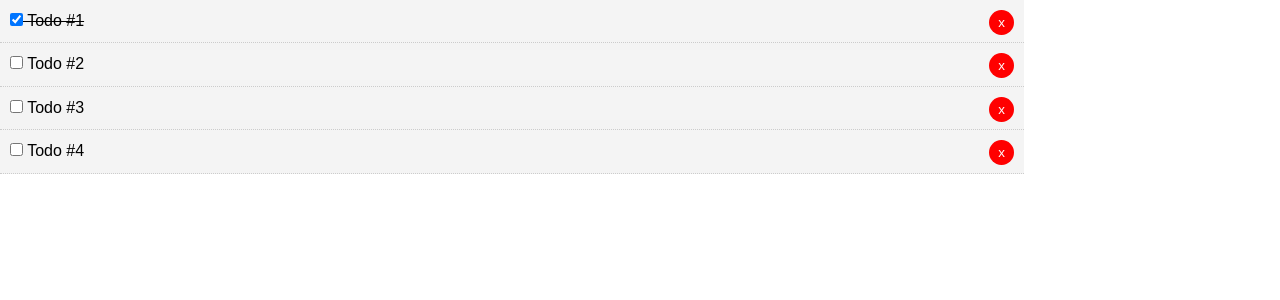
Repository: n0rthern-light/vuejs-taskmanager
Page: /
An editor plug-in stored every save of this project. The page is shown before and after the next save, followed by the edit.
The browser window is 1280 px wide. The pictures show the whole page.
The project was rebuilt for these pictures with package versions that can differ from the ones it lists, and the page was loaded fresh each time.

Above is the page before, as saved 2019-02-18 15:34:47.

After the next save:
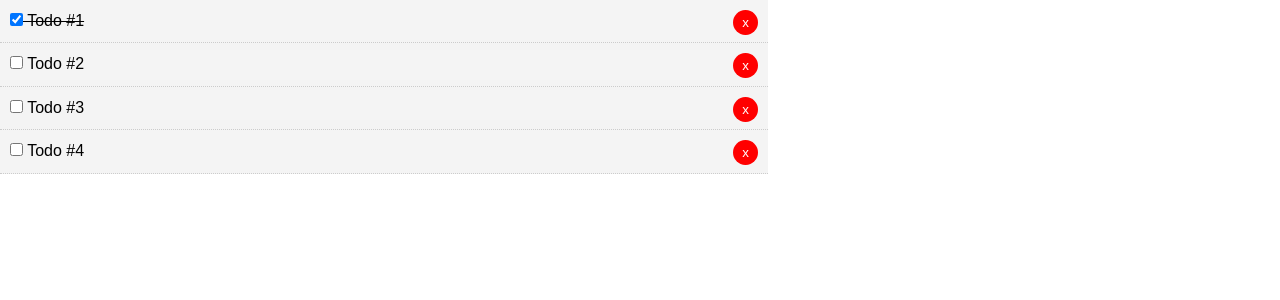
Saved 9 s later.
--- a/src/components/Todos.vue
+++ b/src/components/Todos.vue
@@ -21,6 +21,7 @@ export default {
 <style scoped>
 .container {
   width: 80%;
+  max-width: 768px;
   display: flex;
   flex-direction: column;
 }
